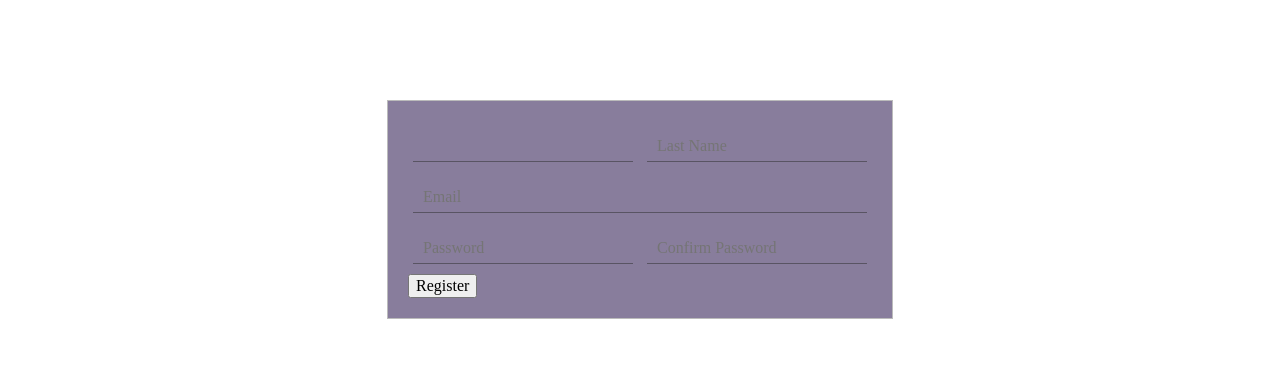
Repository: AMAmine89/vanilla-projects
Page: formo/index.html
These files come from the project's save history. The page is drawn as it stood at one moment and after the next save; the edit follows.
The browser window is 1280 px wide. The pictures show the whole page.

Above is the page before, as saved 2021-05-05 07:03:31.

### formo/index.html
<!DOCTYPE html>
<html lang="en">
<head>
    <meta charset="UTF-8">
    <meta http-equiv="X-UA-Compatible" content="IE=edge">
    <meta name="viewport" content="width=device-width, initial-scale=1.0">
    <link rel="stylesheet" href="css/normalize.css">
    <link rel="stylesheet" href="style.css">
    <title>Formo</title>
</head>
<body>
    <section>
        <form>
            <div class="double-block">
                <span class="first-name"><input type="text" name="first-name" id="first-name"></span>
                <span class="last-name"><input type="text" name="last-name" placeholder="Last Name"></span>
            </div>
            <div>
                <span class="email"><input type="email" name="email" placeholder="Email"></span>
            </div>
            <div class="double-block">
                <span class="password"><input type="password" name="password" placeholder="Password"></span>
                <span class="confirm-password"><input type="password" name="confirm-password" placeholder="Confirm Password"></span>
            </div>
            <div>
                <input type="submit" value="Register">
            </div>
        </form>
    </section>
</body>
</html>

### formo/style.css
section {
    display: flex;
    justify-content: center;
    margin-top: 100px;
}

form {
    background: rgba(42, 22, 78, 0.555);
    padding: 20px;
    border: 1px solid rgb(187, 187, 187);
    border-radius: 0%;
    -webkit-border-radius: 0%;
    -moz-border-radius: 0%;
    -ms-border-radius: 0%;
    -o-border-radius: 0%;
}

div {
    position: relative;
}

input:not(input[type="submit"]) {
    padding: 5px 10px;
    height: 20px;
    background: transparent;
    border-top: none;
    border-right: none;
    border-left: none;
    border-bottom: solid 1px rgba(49, 49, 49, 0.527);
    margin: 10px 5px;
    outline: none;
}

input[type="email"] {
    width: -webkit-fill-available;
}

input:not(input[type="submit"])::after {
    content: '';
    width: 0;
    display: block;
    height: 1px;
    color: rgb(49, 49, 49);
    border-bottom: solid 1px;
    transition: width .3s ease-in-out;
    -webkit-transition: width .3s ease-in-out;
    -moz-transition: width .3s ease-in-out;
    -ms-transition: width .3s ease-in-out;
    -o-transition: width .3s ease-in-out;
}

input:not(input[type="submit"]):focus::after {
    width: 100%;
}

content: 'First Name';

.span::before {
    cursor: text;
    display: inline-block;
    position: absolute;
    top: 16px;
    left: 16px;
    bottom: 0;
    z-index: -1;
    font-size: initial;
    transition: all .3s ease-in-out;
    -webkit-transition: all .3s ease-in-out;
    -moz-transition: all .3s ease-in-out;
    -ms-transition: all .3s ease-in-out;
    -o-transition: all .3s ease-in-out;
}

.span:focus-within::before  {
    top: 0;
    left: 10px;
    bottom: 30px;
    font-size: .85em;
}

label {
    cursor: text;
    display: inline-block;
    position: relative;
    bottom: auto;
    left: -180px;
    transition: bottom .7s ease-in-out;
    -webkit-transition: bottom .7s ease-in-out;
    -moz-transition: bottom .7s ease-in-out;
    -ms-transition: bottom .7s ease-in-out;
    -o-transition: bottom .7s ease-in-out;
}

Loaded but not shown: formo/normalize.css (library)

After the next save:
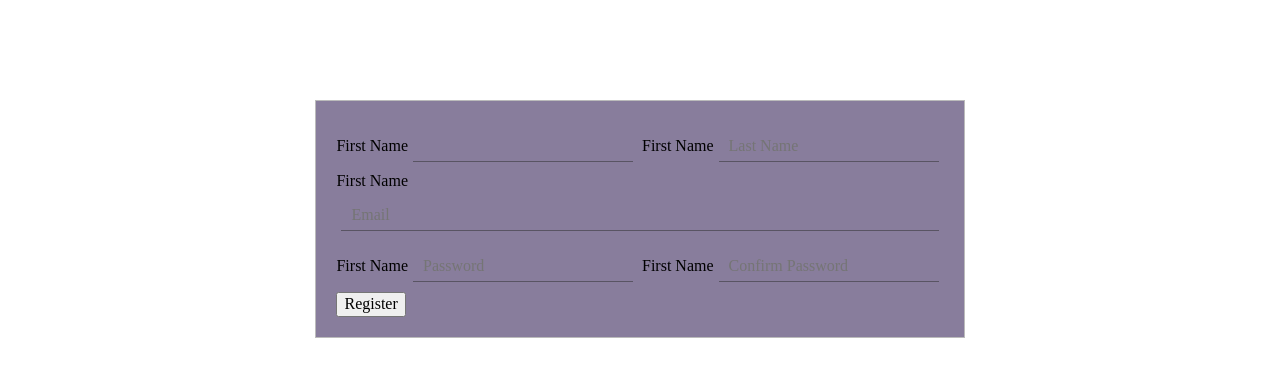
Saved 64 s later.
--- a/formo/style.css
+++ b/formo/style.css
@@ -53,7 +53,25 @@ input:not(input[type="submit"]):focus::after {
     width: 100%;
 }
 
-content: 'First Name';
+.first-name::before {
+    content: 'First Name';
+}
+
+.last-name::before {
+    content: 'First Name';
+}
+
+.email::before {
+    content: 'First Name';
+}
+.password::before {
+    content: 'First Name';
+}
+.confirm-password::before {
+    content: 'First Name';
+}
+
+
 
 .span::before {
     cursor: text;
